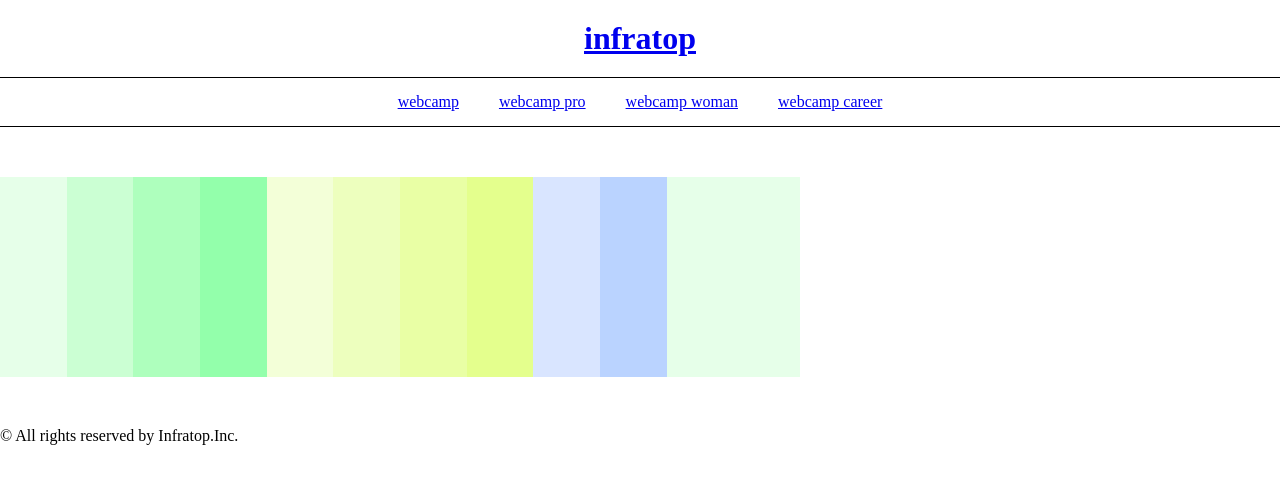
Repository: yuu2310/dmm-webcamp
Page: chapter5_exercise/index.html
The author's editor kept a record of every edit. The page is drawn from the files as they stood at one moment, then again after the next edit.
The browser window is 1280 px wide. The pictures show the whole page.

Above is the page before.

### chapter5_exercise/index.html
<!DOCTYPE HTML>
<html lang="ja">
  <head>
    <meta charset="UTF-8" />
    <title>chapter5演習</title>
    <link rel="stylesheet" href="style.css"/>
  </head>

  <body>
    <header>
      <h1 class="heading">
        <a href="index.html">
          infratop
        </a>
      </h1>
    </header>

    <nav>
      <ul class="nav-list">
        <li class="nav-list-item">
          <a href="index.html">
            webcamp
          </a>
        </li>
        <li class="nav-list-item">
          <a href="index.html">
            webcamp pro
          </a>
        </li>
        <li class="nav-list-item">
          <a href="index.html">
            webcamp woman
          </a>
        </li>
        <li class="nav-list-item">
          <a href="index.html">
            webcamp career
          </a>
        </li>
      </ul>
    </nav>

    <main>
      <div class="box1"></div>
      <div class="box2"></div>
      <div class="box3"></div>
      <div class="box4"></div>
      <div class="box5"></div>
      <div class="box6"></div>
      <div class="box7"></div>
      <div class="box8"></div>
      <div class="box9"></div>
      <div class="box10"></div>
      <div class="box11"></div>
      <div class="box12"></div>
    </main>

    <footer>
      <p class="footer-text">© All rights reserved by Infratop.Inc.</p>
    </footer>
  </body>
</html>

### chapter5_exercise/style.css
* {
  margin: 0;
  padding: 0;
  box-sizing: border-box;
}

.heading {
  width: 100%;
  margin: 20px 0;
  text-align: center;
}

.nav-list {
  display: flex;
  justify-content: center;
  list-style: none;
  padding: 15px 0;
  border-top: 1px solid #000000;
  border-bottom: 1px solid #000000;
}

.nav-list-item {
  margin: 0 20px;
}

main {
  width: 800px;
  margin: 50px 0;
  display:flex;
}

.box1 {
  width: 200px;
  height: 200px;
  background-color: #e6ffe9;
}

.box2 {
  width: 200px;
  height: 200px;
  background-color: #cbffd3;
}

.box3 {
  width: 200px;
  height: 200px;
  background-color: #aeffbd;
}

.box4 {
  width: 200px;
  height: 200px;
  background-color: #93ffab;
}

.box5 {
  width: 200px;
  height: 200px;
  background-color: #f3ffd8;
}

.box6 {
  width: 200px;
  height: 200px;
  background-color: #edffbe;
}

.box7 {
  width: 200px;
  height: 200px;
  background-color: #e9ffa5;
}

.box8 {
  width: 200px;
  height: 200px;
  background-color: #e4ff8d;
}

.box9 {
  width: 200px;
  height: 200px;
  background-color: #d9e5ff;
}

.box10 {
  width: 200px;
  height: 200px;
  background-color: #bad3ff;
}

.box11 {
  width: 200px;
  height: 200px;
  background-color: #e6ffe9;
}

.box12 {
  width: 200px;
  height: 200px;
  background-color: #e6ffe9;
}

After the next edit:
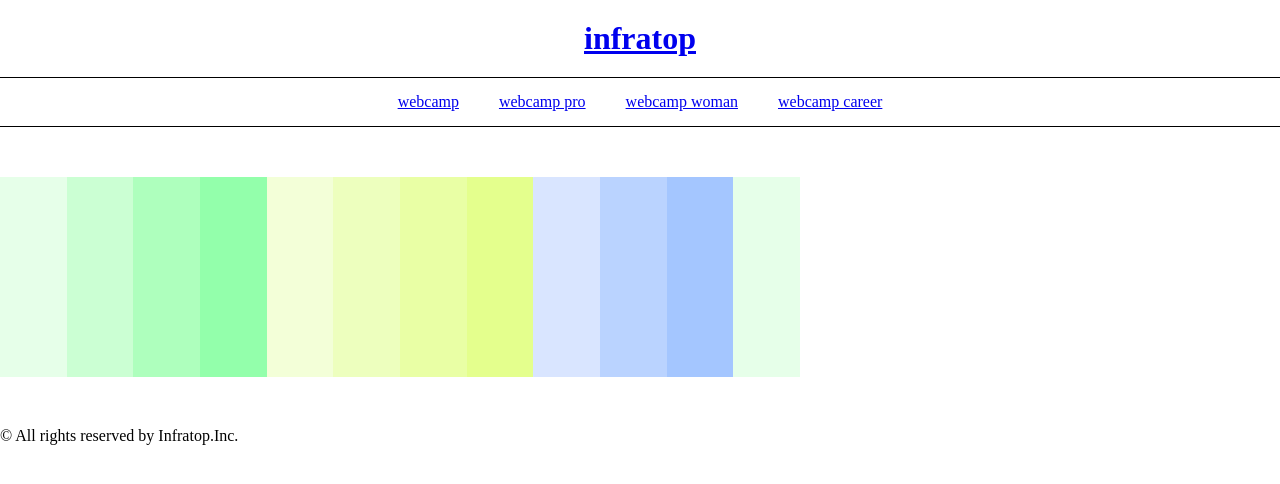
The edit:
--- a/chapter5_exercise/style.css
+++ b/chapter5_exercise/style.css
@@ -92,7 +92,7 @@
 .box11 {
   width: 200px;
   height: 200px;
-  background-color: #e6ffe9;
+  background-color: #a4c6ff;
 }
 
 .box12 {
